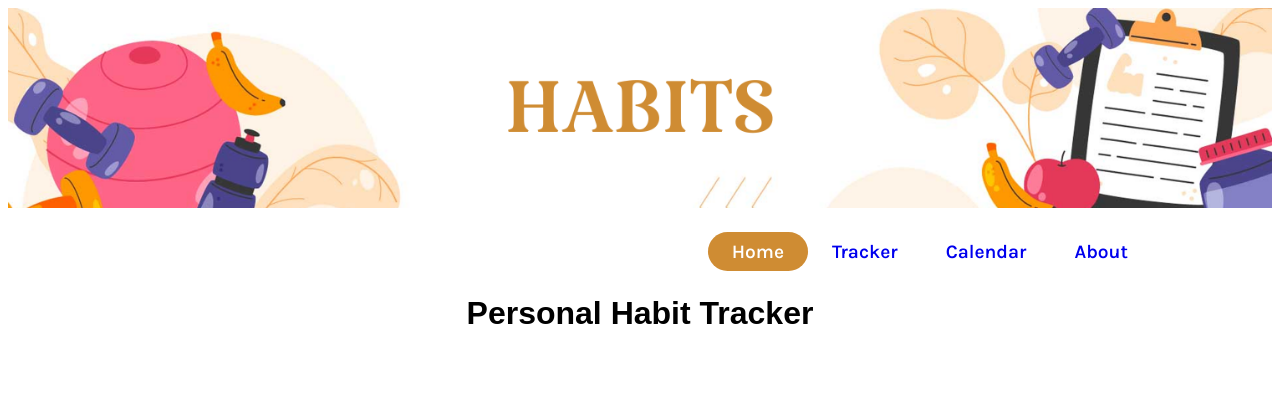
Repository: SandyLy453/habit-tracker
Page: http://localhost/
These files come from the project's save history. The page is drawn as it stood at one moment and after the next save; the edit follows.
The browser window is 1280 px wide. The pictures show the whole page.
The page is served by the project's Node server (server.js).

Above is the page before, as saved 2025-03-14 18:50:51.

After the next save:
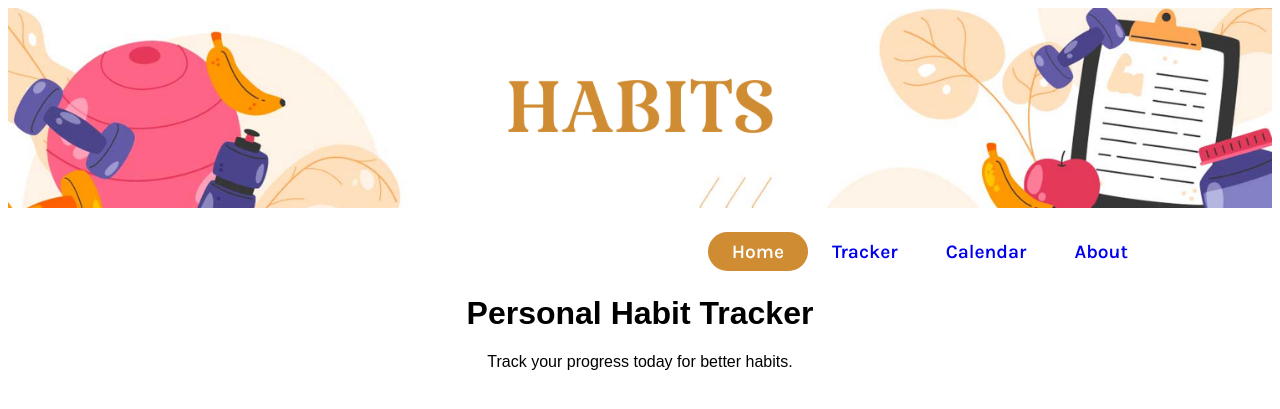
Saved 8 s later.
--- a/views/pages/home.ejs
+++ b/views/pages/home.ejs
@@ -11,6 +11,6 @@
 <body>
     <%- include('../partials/header', { activePage: 'home' }) %>
     <h1>Personal Habit Tracker</h1>
-    <p></p>
+    <p>Track your progress today for better habits.</p>
 </body>
 </html>
